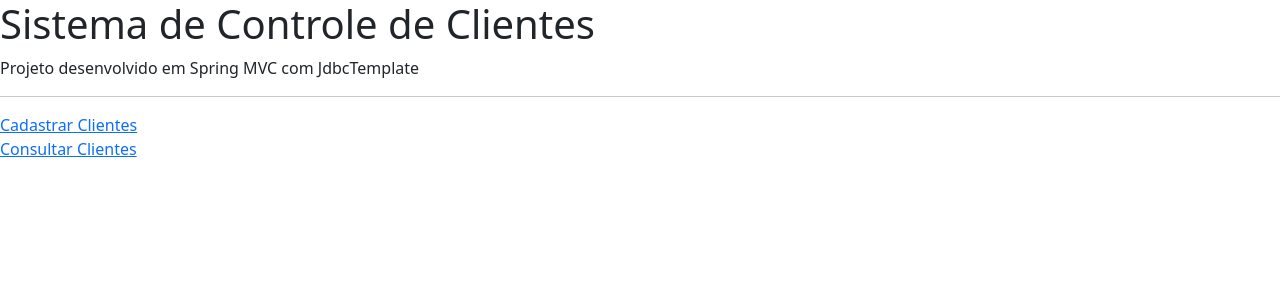
Repository: uanderns/springMvc01
Page: http://localhost/springMvc01/WEB-INF/views/home.jsp
These files come from the project's save history. The page is drawn as it stood at one moment and after the next save; the edit follows.
The browser window is 1280 px wide. The pictures show the whole page.
The page is served by Tomcat 9. Nobody is signed in. The template is opened directly, without the code that normally fills it, so the values that code supplies are empty.

Above is the page before, as saved 2021-01-31 12:04:28.

After the next save:
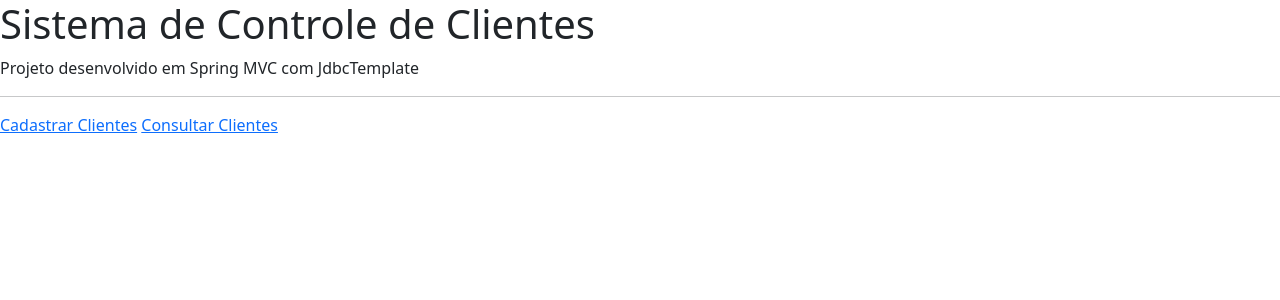
Saved 42 s later.
--- a/springMvc01/src/main/webapp/WEB-INF/views/home.jsp
+++ b/springMvc01/src/main/webapp/WEB-INF/views/home.jsp
@@ -16,18 +16,17 @@
     	<div>
     	<h1>Sistema de Controle de Clientes</h1>
         <p>Projeto desenvolvido em Spring MVC com JdbcTemplate</p>
-        <hr>
+        <hr/>
+
+        <a href="/springMvc01/formularioCliente">Cadastrar Clientes</a>
+
+        <a href="/springMvc01/listagemClientes">Consultar Clientes</a>
 
     	</div>
 
 
 
-        <a href="/springMvc01/formularioCliente">Cadastrar Clientes</a>
 
-
-        <br/>
-
-        <a href="/springMvc01/listagemClientes">Consultar Clientes</a>
 
 
 
